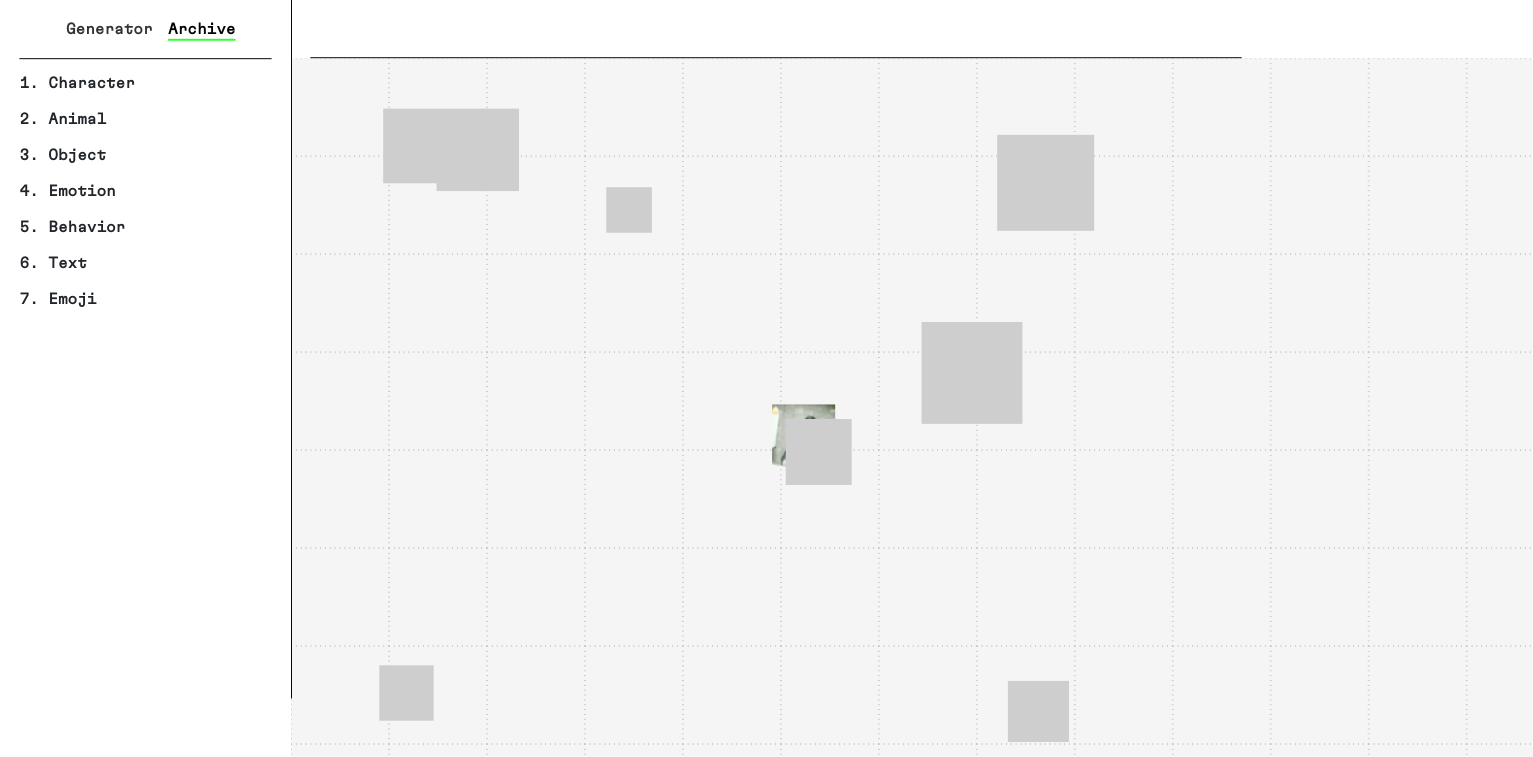
Repository: CastleBelll/project2
Page: /archive (app in job_app/)
An editor plug-in stored every save of this project. The page is shown before and after the next save, followed by the edit.
The browser window is 1280 px wide. The page is 1580 px wide, so the pictures cover 1580 px, including what lies to the right of the window. The pictures show the whole page, at 97% of full size.
The project was rebuilt for these pictures with package versions that can differ from the ones it lists, and the page was loaded fresh each time. Also part of the build but not shown: job_app/src/Archive/ArchiveInfo.css, job_app/src/Archive/ArchiveInfo.js, job_app/src/Generator/Generator.js.

Above is the page before, as saved 2024-12-15 12:49:49.

### job_app/src/App.js
import React, { useEffect } from 'react';
import { BrowserRouter as Router, Routes, Route, Navigate, Link, useLocation } from 'react-router-dom';
import { Container, Navbar, Nav } from 'react-bootstrap';
import { BsSearch } from 'react-icons/bs'; // 검색 아이콘 가져오기
import './App.css';
import Archive from './Archive/Archive';
import Generator from './Generator/Generator';
import 'bootstrap/dist/css/bootstrap.min.css';
import './styles/fonts.css';

function Navigation() {
  const location = useLocation(); // 현재 경로를 가져오기

  return (
    <Navbar expand="lg">
      <Navbar.Collapse id="navbarNav">
        <Nav className="nav-links">
          <Nav.Item>
            <Nav.Link
              as={Link}
              to="/generator"
              className={`nav-link ${location.pathname === '/generator' ? 'active' : ''}`}
            >
              Generator
            </Nav.Link>
          </Nav.Item>
          <Nav.Item>
            <Nav.Link
              as={Link}
              to="/archive"
              className={`nav-link ${location.pathname === '/archive' ? 'active' : ''}`}
            >
              Archive
            </Nav.Link>
          </Nav.Item>
        </Nav>
      </Navbar.Collapse>
      <div className="search-icon">
        <BsSearch />
      </div>
    </Navbar>
  );
}

function App() {
  const location = useLocation();

  useEffect(() => {
    // Archive 경로일 때 body에 'archive-active' 클래스를 추가
    if (location.pathname === '/archive') {
      document.body.classList.add('archive-active');
    } else {
      document.body.classList.remove('archive-active');
    }
  }, [location.pathname]);

  return (
    <div className="app-container">
      <Navigation /> {/* 네비게이션 컴포넌트 사용 */}
      <Container className="content">
        <Routes>
          {/* 기본 경로로 이동 시 /generator로 리디렉션 */}
          <Route path="/" element={<Navigate to="/generator" />} />
          <Route path="/archive" element={<Archive />} />
          <Route path="/generator" element={<Generator />} />
        </Routes>
      </Container>
    </div>
  );
}

export default function MainApp() {
  return (
    <Router>
      <App /> {/* App 컴포넌트는 이제 Router 내부에 위치 */}
    </Router>
  );
}

### job_app/src/App.css
/* 글로벌 스타일 */
body {
  font-family: 'CustomEnglishFont', sans-serif !important;;
  overflow: hidden;
}

/* 한글 전용 스타일 */
body:lang(ko) {
  font-family: 'CustomKoreanFont', sans-serif !important;;
}
/* 전체 앱 컨테이너 */
.app-container {
  display: flex;
  flex-direction: column;
  height: 100vh;
  max-width: 100%;
  max-height: 100%;
  overflow: hidden;
  background-color: #242424; /* 기본 배경색을 #242424로 변경 */
}

/* 네비게이션 바 */
.navbar {
  position: fixed;
  top: 0;
  left: 0;
  width: 100%;
  height: 60px;
  display: flex;
  z-index: 1000; /* 네비게이션 바가 다른 요소 위에 오도록 설정 */
  background-color: #242424; /* 네비게이션 바 배경색 변경 */
  background-image: url('./background_square.png'); /* 이미지 파일 경로 */
  background-repeat: repeat;  /* 가로 및 세로로 반복 */
}

/* Generator 활성화 시 배경 이미지 적용 */
body.generator-active .navbar {
  background-image: url('./background_square.png'); /* Generator 활성화 시 배경 이미지 */
  background-repeat: repeat; /* 가로 및 세로로 반복 */
  background-color: #242424; /* 기본 배경색도 유지 */
}

/* Archive 활성화 시 배경 이미지 제거 */
body.archive-active .navbar {
  background-image: none; /* Archive 활성화 시 배경 이미지 제거 */
  background-color: #ffffff; /* 배경색을 흰색으로 설정 */
}

/* 네비게이션 링크 스타일 */
.nav-links {
  display: flex;
  list-style: none;
  padding: 0;
  margin-left : 60px;
  justify-content: space-between; /* 링크를 양쪽 끝에 배치 */
}

.nav-links a {
  text-decoration: none;
  color: #666666; /* 기본 색상은 회색 */
  font-size : 16px !important;
  font-weight: bold;
  transition: color 0.3s ease, border-bottom 0.3s ease; /* 부드러운 색상 전환 및 밑줄 전환 */
}

.nav-links a:hover,
.nav-links .active {
  color: #ffffff !important; /* 선택 및 활성화 상태에서도 글씨 색상을 흰색으로 고정 */
  text-decoration: underline; /* 밑줄 추가 */
  text-decoration-color: #9746ff; /* 밑줄 색상 보라색으로 설정 */
  text-underline-offset: 5px; /* 밑줄과 글자 사이 간격 조정 */
  text-decoration-thickness: 2px; /* 밑줄 두께를 2px로 설정 */
  z-index: 4000; /* z-index로 navbar 아래로 위치하도록 설정 */
}

/* 콘텐츠 영역 */
.content {
  position: absolute; /* content를 absolute로 설정하여 navbar와 겹치게 함 */
  width:100%;
  height:100%;
  margin:0;
  padding:0;
  background-color: #242424; /* 콘텐츠 배경색 변경 */
}

.content.container{
  margin : 0;
  padding:0;
}

/* 검색 아이콘 스타일 */
.search-icon {
  font-size: 22px;
  margin-right: 85px;
  color: #ffffff; /* 아이콘 색상 흰색 */
  cursor: pointer;
}

@media (min-width: 768px) {
  .container,
  .container-md,
  .container-sm {
    max-width: none !important;
  }
}

/* Generator 활성화 시 배경색 */
body.generator-active .app-container,
body.generator-active .navbar,
body.generator-active .content {
  background-color: #242424; /* Generator가 활성화된 경우 배경색을 통일 */
}

/* Archive 활성화 시 흰색 테마 */
body.archive-active .app-container,
body.archive-active .navbar,
body.archive-active .content {
  background-color: #ffffff; /* 배경을 흰색으로 변경 */
}

body.archive-active .nav-links a {
  color: #333333 !important; /* 링크 색상을 어두운 회색으로 변경 */
}

body.archive-active .nav-links a:hover,
body.archive-active .nav-links .active {
  color: #000000 !important; /* 링크 색상을 검은색으로 변경 */
  text-decoration-color: #2DFF2D; /* 밑줄 색상을 검은색으로 설정 */
}

### job_app/src/Archive/Archive.js
// Archive.js
import React, { useState, useEffect } from 'react';
import ArchiveMain from './ArchiveMain'; // ArchiveMain을 import
import ArchiveLeft from './ArchiveLeft';
import ArchiveHeader from './ArchiveHeader';
import ArchiveInfo from './ArchiveInfo';
import './Archive.css';

const Archive = () => {
  const [selectedItems, setSelectedItems] = useState([]); // 선택된 하위 항목들 저장
  const [selectedImageInfo, setSelectedImageInfo] = useState(null); // 클릭된 이미지 정보 저장
  const [data, setData] = useState([]); // JSON 데이터를 저장할 상태

  // JSON 파일을 fetch로 불러오는 useEffect
  useEffect(() => {
    fetch('/json/images.json') // public 폴더에서 JSON 파일을 불러옴
      .then((response) => response.json())
      .then((jsonData) => setData(jsonData)) // 데이터가 로드되면 상태에 저장
      .catch((error) => console.error('Error fetching the JSON file:', error));
  }, []); // 컴포넌트가 처음 마운트될 때만 실행

  const handleSubItemClick = (item) => {
    setSelectedItems((prevSelectedItems) => {
      if (!prevSelectedItems.includes(item)) {
        return [...prevSelectedItems, item];
      }
      return prevSelectedItems.filter((selectedItem) => selectedItem !== item);
    });
  };

  return (
    <div className="archive-container">
      {/* Left sidebar */}
      <ArchiveLeft data={data} onSubItemClick={handleSubItemClick} className="left-sidebar" />

      {/* Right container */}
      <div className="right-container">
        {/* Header */}
        <ArchiveHeader selectedItems={selectedItems} className="header" />

        {/* Main content */}
        <div className="main-area-container" style={{ flex: 1, position: 'relative' }}>
          {selectedImageInfo ? (
            <ArchiveInfo selectedImageInfo={selectedImageInfo} className="main-area" />
          ) : (
            <ArchiveMain setSelectedImageInfo={setSelectedImageInfo} className="main-area" />
          )}
        </div>
      </div>
    </div>
  );
};

export default Archive;

### job_app/src/styles/fonts.css
@font-face {
    font-family: 'CustomEnglishFont';
    src: url('../fonts/GT-Flexa-Mono-Light-Trial.otf') format('opentype');
    font-weight: normal;
    font-style: normal;
  }

  @font-face {
    font-family: 'CustomKoreanFont';
    src: url('../fonts/FlightSansOTF-Regular.otf') format('opentype');
    font-weight: normal;
    font-style: normal;
  }

### job_app/src/Archive/ArchiveLeft.js
import React, { useState } from 'react';
import './ArchiveLeft.css';

function ArchiveLeft({ data, onSubItemClick }) {
  const [selectedItems, setSelectedItems] = useState([]); // 선택된 항목 상태
  const [openCategories, setOpenCategories] = useState({}); // 카테고리 열림 상태

  // 서브 항목 클릭 처리 함수
  const handleSubItemClick = (subItem) => {
    setSelectedItems((prevSelectedItems) => {
      if (!prevSelectedItems.includes(subItem)) {
        return [...prevSelectedItems, subItem]; // 항목 추가
      }
      return prevSelectedItems.filter((item) => item !== subItem); // 항목 제거
    });
    onSubItemClick(subItem); // 부모 컴포넌트로 클릭된 항목 전달
  };

  // 카테고리 열기/닫기 토글 함수
  const toggleCategory = (categoryKey) => {
    setOpenCategories((prev) => ({
      ...prev,
      [categoryKey]: !prev[categoryKey], // 해당 카테고리 상태 토글
    }));
  };

  // 카테고리 값들을 순회하여 하나의 큰 카테고리로 합치는 함수
  const getCategoryItems = (data) => {
    const categoryItems = {
      character: [],
      animal: [],
      object: [],
      emotion: [],
      behavior: [],
      text: [],
      emoji: []
    };

    // 각 항목을 해당 카테고리로 합침
    data.forEach((item) => {
      Object.keys(item.category).forEach((key) => {
        if (item.category[key] && item.category[key].length > 0) {
          // 중복 항목을 제거
          categoryItems[key] = [
            ...new Set([...categoryItems[key], ...item.category[key]]), // Set을 사용해 중복을 제거
          ];
        }
      });
    });

    return categoryItems;
  };

  // 카테고리 항목을 순서대로 출력
  const categoryItems = getCategoryItems(data);

  return (
    <div className="sidebar-container">
      <div className="sidebar-top" />
      <div className="sidebar-bottom">
        {Object.keys(categoryItems).map((categoryKey, categoryIndex) => (
          categoryItems[categoryKey].length > 0 && (
            <div key={categoryIndex} className="section">
              <div
                className="section-title"
                onClick={() => toggleCategory(categoryKey)} // 카테고리 클릭 시 열고 닫는 기능
              >
                {`${categoryIndex + 1}. ${categoryKey.charAt(0).toUpperCase() + categoryKey.slice(1)}`}
              </div>
              {/* 카테고리가 열려 있는지 확인하여 항목을 표시 */}
              {openCategories[categoryKey] && (
                <div className={`sublist ${openCategories[categoryKey] ? 'open' : ''}`}>
                  {categoryItems[categoryKey].map((subItem, subItemIndex) => (
                    <div
                      key={subItemIndex}
                      className={`subitem ${selectedItems.includes(subItem) ? 'selected' : ''}`}
                      onClick={() => handleSubItemClick(subItem)}
                    >
                      {subItem}
                    </div>
                  ))}
                </div>
              )}
            </div>
          )
        ))}
      </div>
    </div>
  );
}

export default ArchiveLeft;

### job_app/src/Archive/ArchiveHeader.js
import React, { useRef, useState } from 'react';
import { CSSTransition, TransitionGroup } from 'react-transition-group';
import './ArchiveHeader.css'; // CSS 파일을 import

function ArchiveHeader({ selectedItems }) {
  const containerRef = useRef(null);
  const [isDragging, setIsDragging] = useState(false);
  const [startX, setStartX] = useState(0);
  const [scrollLeft, setScrollLeft] = useState(0);

  const handleMouseDown = (e) => {
    e.preventDefault(); // 기본 드래그 동작 방지
    setIsDragging(true);
    setStartX(e.clientX);
    setScrollLeft(containerRef.current.scrollLeft);
    containerRef.current.style.cursor = 'grabbing';
  };

  const handleMouseMove = (e) => {
    if (!isDragging) return;
    const distance = e.clientX - startX;
    containerRef.current.scrollLeft = scrollLeft - distance;
  };

  const handleMouseUp = () => {
    setIsDragging(false);
    containerRef.current.style.cursor = 'grab';
  };

  return (
    <div
      className="archive-header overflow-auto" // Bootstrap 클래스 추가
      ref={containerRef}
      onMouseDown={handleMouseDown}
      onMouseMove={handleMouseMove}
      onMouseUp={handleMouseUp}
      onMouseLeave={handleMouseUp} // 마우스가 컨테이너 밖으로 나갔을 때 드래그 종료
    >
      <TransitionGroup className="selected-items-container">
        {selectedItems.map((item, index) => (
          <CSSTransition
            key={item} // 고유한 키 값
            timeout={500} // 애니메이션 지속 시간
            classNames="item"
            unmountOnExit
          >
            <div className="selected-item">
              {item}
            </div>
          </CSSTransition>
        ))}
      </TransitionGroup>
      {/* selectedItems가 비어있지 않으면 검색 버튼을 보여줌 */}
      {selectedItems.length > 0 && (
        <div className="search-button">
          검색
        </div>
      )}
    </div>
  );
}

export default ArchiveHeader;

### job_app/src/Archive/Archive.css
/* Ensures the container takes up the full height of the viewport */
.archive-container {
  display: flex;
  height: 100vh;
}

/* Left sidebar styling */
.left-sidebar {
  flex: 1; /* 왼쪽 사이드바는 1배수 */
  padding-left: 20px;
  padding-top: 84px;
  background-color: #f0f0f0; /* Light background for sidebar */
  border-right: solid 1px black; /* 테두리 색상을 명시적으로 설정 */
}

/* Right container styling */
.right-container {
  flex: 3; /* 오른쪽 컨테이너는 3배수 */
  display: flex;
  flex-direction: column; /* Stacks children vertically */
}

/* Header styling */
.header {
  height: 15%; /* Adjust height as needed */
  background-color: #333; /* Dark background for header */
  color: white;
  display: flex;
  align-items: center;
  justify-content: center;
  padding: 1rem;
  box-sizing: border-box;
}

/* Main area styling */
.main-area {
  flex: 1; /* Takes up the remaining vertical space */
  background-color: #fff; /* White background for main content */
  overflow: auto; /* Scrollable if content exceeds container height */
  padding: 1rem;
  box-sizing: border-box;
}

### job_app/src/Generator/Generator.css
.Generator {
  position: relative;
  width: 100%;
  height: 100%;
  background-color: #242424;
  overflow: hidden;
  background-image: url('../background_square.png');
  background-repeat: repeat;
}

.event-arial {
  position: absolute;
  pointer-events: none;
  top: 80px;
  width: 80%;
  left: 10%;
  max-width: 80%;  /* 기본적으로 80%로 설정 */
  min-height: 20%;
  display: flex;
  justify-content: center;
  align-items: center;
  font-size: 16px;
  color: #666666;
  border: 1px solid #666666;
  background-color: transparent;
  transition: width 0.5s ease; /* 너비 변화만 부드럽게 */
}

.event-arial.shrink {
  width: calc(100% - 45%); /* generator-arial이 30%일 때 event-arial은 나머지 70% */
}

.main-container {
  width: 100%;
  min-height: 100%;
  display: flex;
  flex-direction: row; /* 좌우로 배치 */
}

.left-container {
  flex: 1;
  min-width: 13%;
}

.right-container {
  flex: 1;
  min-width: 13%;
}

.content-container {
  flex: 1;
  min-width: 74%;
  min-height: 100%;
  display: flex;
  flex-direction: column; /* 세로 방향으로 배치 */
  overflow: hidden;
}

.generator-arial {
  position: absolute;
  top: 80px;
  right: 0;
  display: flex;
  flex-direction: column; /* 세로 방향으로 배치 */
  background-color: white;
  min-width: 40px;
  height: 60%; /* 높이를 고정 */
  transform-origin: right;
  transition: width 0.5s ease; /* 너비 변화만 부드럽게 */
}

.generator-arial.open {
  width: 28%; /* open 상태에서의 width */
  max-height: 100%;
}

.generator-arial.not-open {
  width: 40px; /* not-open 상태에서의 width */
}

.circle {
  position: absolute;
  left: -100px;
  width: 50px; /* 원 크기 */
  height: 50px;
  border-radius: 50%; /* 원형으로 만들기 */
  background-color: white; /* 흰색 배경 */
  z-index: 10; /* 다른 요소들 위에 겹치도록 설정 */
  display: none; /* 기본적으로 숨기기 */
  justify-content: center; /* 가로 중앙 정렬 */
  align-items: center; /* 세로 중앙 정렬 */
}

.circle img {
    position: absolute;
    top: 50%; /* 세로 중앙 */
    left: 50%; /* 가로 중앙 */
    transform: translate(-50%, -50%); /* 정확하게 중앙 정렬 */
}

.generator-arial.open .circle {
  display: block; /* isOpen 상태일 때 원을 보이도록 설정 */
}

/* 이미지 컨테이너 */
.image-container {
  flex: 1;
  display: flex;
  flex-wrap: wrap;
  justify-content: center; /* 중앙 정렬 */
  align-items: center;
  margin-top: 50px;
  margin-bottom: 20px;
  min-width: 100%;
  height:auto;
  opacity: 0; /* 초기 상태에서 투명하게 설정 */
  animation: fadeIn 1s forwards; /* 천천히 나타나는 애니메이션 */
}

.image-container img {
  max-width: 100%; /* 이미지 크기를 부모 크기에 맞게 자동 조정 */
  height: auto;
  object-fit: contain; /* 이미지 비율 유지하며 공간에 맞게 조정 */
  max-height: 285px; /* 이미지 크기를 더 작게 제한 */
  min-height: 285px;
  margin: 5px;
  animation: fadeIn 1.5s forwards; /* 이미지보다 조금 더 긴 시간에 천천히 나타나게 */
}

/* 텍스트 컨테이너 */
.text-container {
  flex: 1;
  display: flex;
  flex-direction: column; /* 세로로 배치 */
  padding: 10px;
  overflow-y: auto;
  opacity: 0; /* 초기 상태에서 투명하게 설정 */
  animation: fadeIn 1.5s forwards; /* 이미지보다 조금 더 긴 시간에 천천히 나타나게 */
}

/* 각 텍스트 항목 */
.text-item {
  margin-bottom: 30px; /* 항목 간 간격 */
  opacity: 0; /* 초기 상태에서 투명하게 설정 */
  overflow: hidden;
  max-height: 100%;
  animation: fadeInItem 2s forwards; /* 항목이 하나씩 천천히 나타나도록 설정 */
  animation-delay: 0.5s; /* 약간의 지연을 주어 항목들이 순차적으로 나타나게 */
}

.title-container,
.category-container {
  text-align: center; /* 텍스트 가운데 정렬 */
  padding: 0;
  overflow: hidden;
}

.title-container {
  flex: 1;
  margin-bottom: 10px;
}

.category-container {
  flex: 1;
  display: flex;
  justify-content: center; /* 항목들을 수평 중앙 정렬 */
  gap: 10px; /* 항목 간 간격 */
  overflow: hidden;
  max-height: 100%;
  flex-wrap: wrap; /* 필요시 줄 바꿈 */
}

.title {
  font-size: 28px;
  font-weight: bold;
  margin-bottom: 5px;
}

.category-item {
  font-size: 16px;
  background-color: #f5f5f5;
  border-radius: 30px;
  padding: 4px 8px;
}

/* 애니메이션 정의 */
@keyframes fadeIn {
  to {
    opacity: 1; /* 최종적으로 불투명하게 */
  }
}

@keyframes fadeInItem {
  to {
    opacity: 1; /* 항목도 최종적으로 불투명하게 */
  }
}

### job_app/src/Archive/ArchiveMain.css
.archive-main {
  position: relative;
  width: 100%;
  height: 100vh; /* 화면 전체 높이 */
  background-color: #f5f5f5; /* 배경색 */
  background-image: url('../background_square2.png'); /* Generator 활성화 시 배경 이미지 */
  background-repeat: repeat; /* 가로 및 세로로 반복 */
  overflow: hidden; /* 넘치는 이미지는 숨김 */
}
.archive-image {
  position: absolute; /* 부모 .archive-main 기준으로 위치 */
  animation: fadeIn 1.5s ease-in-out; /* 천천히 나타나는 애니메이션 */
}

/* 이미지 천천히 나타나는 효과 */
@keyframes fadeIn {
  from {
    opacity: 0;
  }
  to {
    opacity: 1;
  }
}

### job_app/src/Archive/ArchiveLeft.css
/* 전체 컨테이너 */
.sidebar-container {
  height: 100%;
  width: 5%;
  min-width: 300px;
  background-color: #ffffff;
  position: relative;
}

/* 가상 요소로 오른쪽 선 추가 */
.sidebar-container::after {
  content: '';
  position: absolute;
  top: 0;
  right: 0;
  bottom: 0;
  left: 300px;
  border-right: solid 1px black;
  z-index: 2000;
}

.sidebar-top {
  width: 100%;
  height: 60px;
}

.sidebar-bottom {
  width: 100%;
  position: relative;
  padding: 14px 20px;
  z-index: 1000;
}

.sidebar-bottom::after {
  content: '';
  position: absolute;
  top: 0;
  left: 20px;
  right: 20px;
  border-top: 1px solid black;
}

/* 섹션 제목 */
.section-title {
  cursor: pointer;
  font-weight: bold;
  margin-bottom: 13px;
  transition: color 0.3s ease;
}

/* 하위 리스트 */
.sublist {
  display: flex;
  flex-wrap: wrap;
  gap: 6px;
  margin: 10px 15px;
  overflow: hidden;
  max-height: 0; /* 초기 높이 설정 */
  opacity: 0; /* 초기 상태에서 투명 */
  box-sizing: border-box; /* border 포함하여 크기 변경 방지 */
  transition: max-height 1.2s cubic-bezier(0.5, 0.1, 0.25, 1), opacity 1.3s ease-out; /* 높이와 불투명도 애니메이션 */
}
/* 하위 리스트가 열릴 때 */
.sublist.open {
  max-height: 500px; /* 최대 높이 설정, 필요에 따라 더 큰 값으로 설정 */
  opacity: 1; /* 불투명도 */
  transition: max-height 0.6s cubic-bezier(0.5, 0.1, 0.25, 1), opacity 0.6s ease-out; /* 애니메이션 타이밍을 일치시킴 */
}

/* 하위 리스트가 닫힐 때 */
.sublist:not(.open) {
  max-height: 0; /* 닫힐 때 높이 0 */
  opacity: 0; /* 사라지는 상태 */
  transition: max-height 0.6s cubic-bezier(0.5, 0.1, 0.25, 1) 0.3s, opacity 0.6s ease-out 0.3s;
}

/* 개별 항목 */
.subitem {
  cursor: pointer;
  padding: 4px 7px;
  margin: 1px;
  border-radius: 50px;
  text-align: center;
  white-space: nowrap;
  transition: all 0.1s ease;
  display: inline-block;
  min-width: 40px;
  font-size: 16px;
  box-sizing: border-box; /* border 포함하여 크기 변경 방지 */
}

.subitem.selected {
  background-color: #2DFF2D;
  font-weight: bold;
  transition : ease-out 0.3s;
}

.subitem:hover {
  box-sizing: border-box; /* border 포함하여 크기 변경 방지 */
  border-radius: 50px;
  outline: 1px solid #2DFF2D;
}

/* 반응형 디자인 */
.subitem {
  display: inline-block;
  box-sizing: border-box;
}

### job_app/src/Archive/ArchiveHeader.css
.archive-header {
    height: 60px;
    display: flex;
    align-items: center;
    margin-left: 20px;
    min-height: 60px; /* 최소 높이를 60px로 설정 */
    background-color: #ffffff; /* 배경색을 추가 */
    border-bottom: 1px solid #000000; /* 하단 경계선 */
    overflow-x: hidden; /* 가로 스크롤 활성화 */
    white-space: nowrap; /* 아이템들이 한 줄에 있도록 설정 */
    z-index: 3000;
  }

  /* 기존의 selected-items-container 스타일 유지 */
  .selected-items-container {
    display: flex;
    flex-wrap: nowrap;
    gap: 5px; /* 아이템 사이의 간격 */
    overflow-x: auto; /* 아이템이 넘칠 경우 스크롤 */
  }

  /* 기존의 selected-item 스타일 유지 */
  .selected-item {
    padding: 4px 6px;
    background-color: #2DFF2D; /* 선택된 아이템의 배경색 */
    border-radius: 50px;
    font-weight: bold; /* 글자 굵게 설정 */
    min-width: 40px;
    text-align: center;
    font-size: 16px;
    white-space: nowrap; /* 텍스트 줄바꿈 방지 */
    transition: transform 0.5s ease, opacity 0.5s ease;
  }

  .search-button {
    padding: 4px 6px;
    margin-left: 5px;
    background-color: #000000; /* 선택된 아이템의 배경색 */
    color: white;
    border-radius: 60px;
    font-weight: bold; /* 글자 굵게 설정 */
    min-width: 45px;
    text-align: center;
    font-size: 16px;
    transition: transform 0.5s ease, opacity 0.5s ease;
  }

/* Enter 애니메이션 */
.item-enter {
    opacity: 0;
    transform: scale(1);
    transition: opacity 0.5s ease, transform 0.5s ease;
  }
  .item-enter-active {
    opacity: 1;
    transform: scale(1);
    transition: opacity 0.5s ease, transform 0.5s ease;
  }

  /* Exit 애니메이션 */
  .item-exit {
    opacity: 1;
    transform: scale(1);
  }
  .item-exit-active {
    opacity: 0;
    transform: scale(0.9);
    transition: opacity 0.5s ease, transform 0.5s ease;
  }

Loaded but not shown: job_app/public/index.html (common file); job_app/src/index.js (common file); job_app/src/index.css (common file); job_app/src/reportWebVitals.js (common file); job_app/public/json/images.json (72 lines, source omitted); job_app/src/Archive/ArchiveMain.js (216 lines, source omitted)

After the next save:
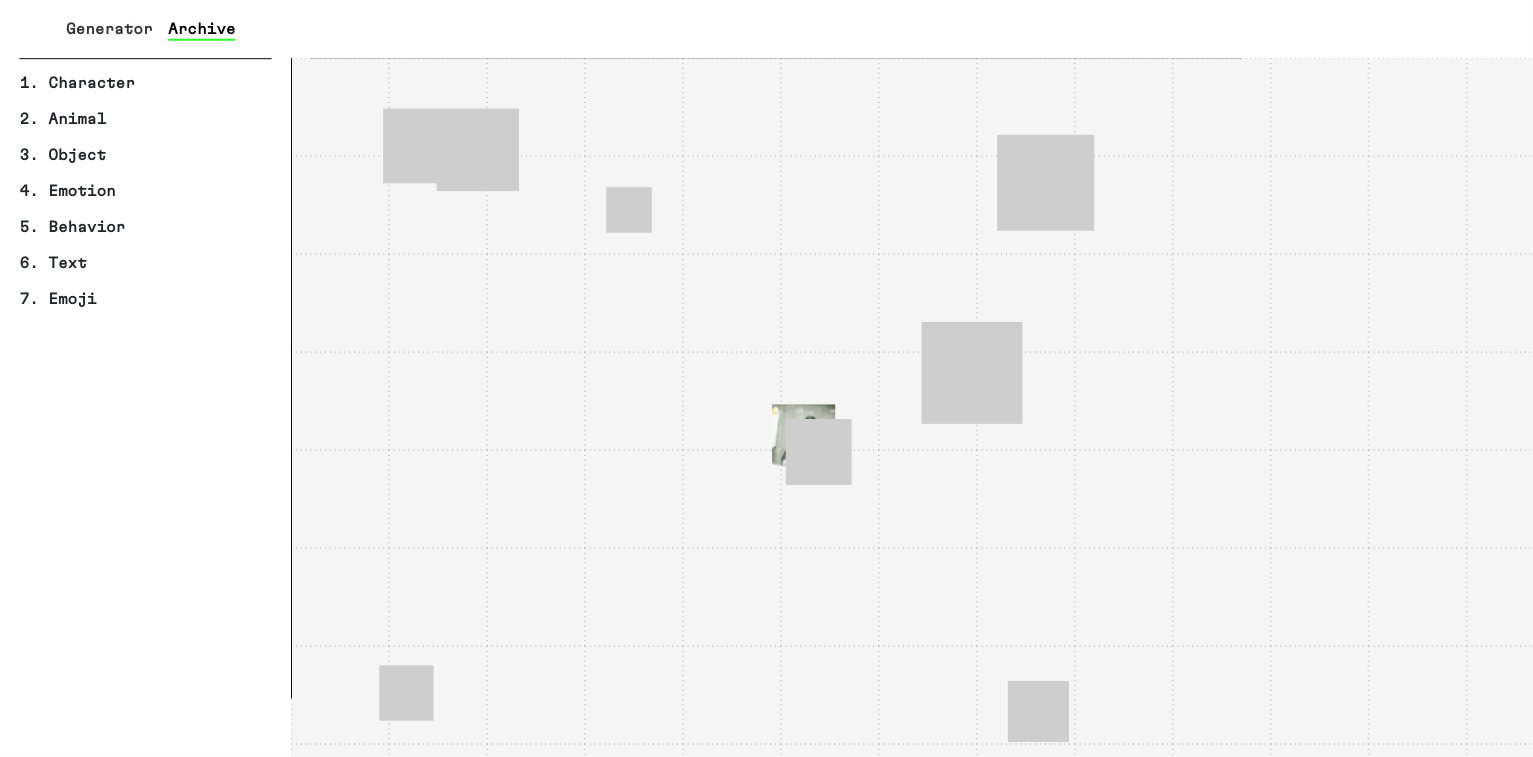
Saved 21 s later.
--- a/job_app/src/App.css
+++ b/job_app/src/App.css
@@ -27,7 +27,7 @@ body:lang(ko) {
   width: 100%;
   height: 60px;
   display: flex;
-  z-index: 1000; /* 네비게이션 바가 다른 요소 위에 오도록 설정 */
+  z-index: 4000; /* 네비게이션 바가 다른 요소 위에 오도록 설정 */
   background-color: #242424; /* 네비게이션 바 배경색 변경 */
   background-image: url('./background_square.png'); /* 이미지 파일 경로 */
   background-repeat: repeat;  /* 가로 및 세로로 반복 */
